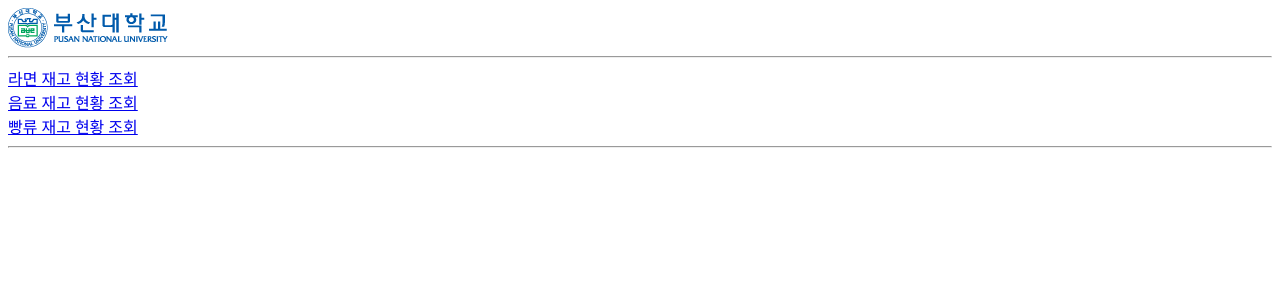
Repository: Gwangil/PCManager
Page: http://localhost/pcmanager.2.1.0/product/productInfo.jsp
The author's editor kept a copy of each file at every save. The page is drawn from the files as they stood at one save, then again after the next save.
The browser window is 1280 px wide. The pictures show the whole page.
The page is served by Tomcat 9.

Above is the page before, as saved 2017-07-20 04:30:53.

### 04.Workspace/02.pcmanager_workspace_2.0.0/pcmanager.2.1.0/WebContent/product/productInfo.jsp
<%@ page language="java" contentType="text/html; charset=UTF-8"
    pageEncoding="UTF-8"%>
<!DOCTYPE html PUBLIC "-//W3C//DTD HTML 4.01 Transitional//EN" "http://www.w3.org/TR/html4/loose.dtd">
<html>
<head>
<meta http-equiv="Content-Type" content="text/html; charset=UTF-8">
<title>상품 목록 조회</title>
</head>
<body>
<!-- logo link -->
<a href="/pcm/index.jsp">
<img src="img/logo.gif" title="홈페이지 이동">
</a>
<hr>
<!-- category link -->
<a href="productInfoNoodle.jsp">라면 재고 현황 조회</a><br>
<a href="productInfoDrink.jsp">음료 재고 현황 조회</a><br>
<a href="productInfoBread.jsp">빵류 재고 현황 조회</a><br>
<hr>


</body>
</html>

After the next save:
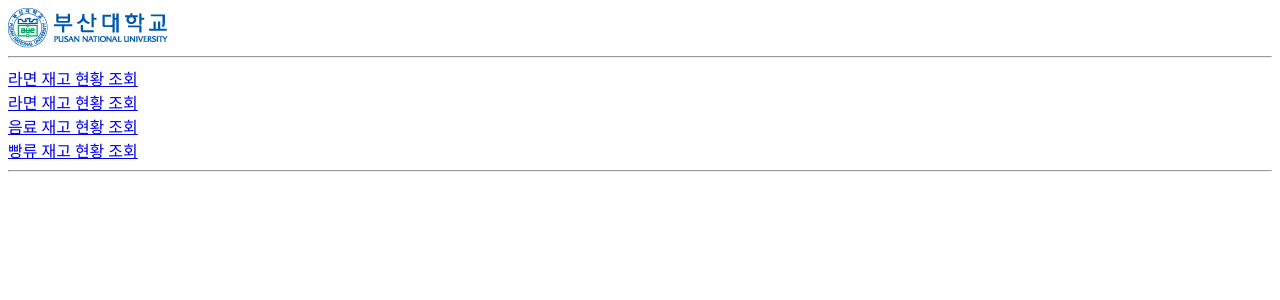
Saved 7 min 41 s later.
--- a/04.Workspace/02.pcmanager_workspace_2.0.0/pcmanager.2.1.0/WebContent/product/productInfo.jsp
+++ b/04.Workspace/02.pcmanager_workspace_2.0.0/pcmanager.2.1.0/WebContent/product/productInfo.jsp
@@ -13,6 +13,7 @@
 </a>
 <hr>
 <!-- category link -->
+<a href="/pcm/pcontroller?action=select">라면 재고 현황 조회</a><br>
 <a href="productInfoNoodle.jsp">라면 재고 현황 조회</a><br>
 <a href="productInfoDrink.jsp">음료 재고 현황 조회</a><br>
 <a href="productInfoBread.jsp">빵류 재고 현황 조회</a><br>
